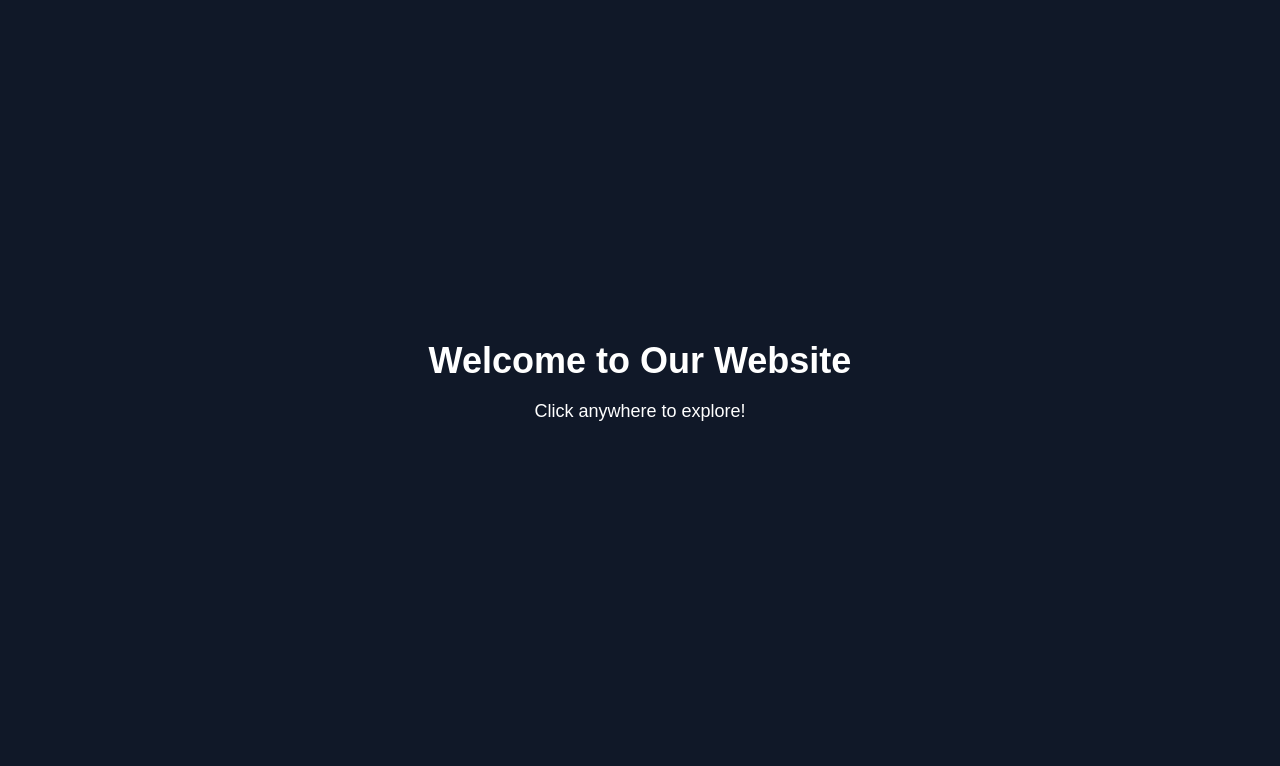
Repository: KenMarzan/OMEGA
Page: / (app in hub/frontend/)
The author's editor kept a copy of each file at every save. The page is drawn from the files as they stood at one save, then again after the next save.
The browser window is 1280 px wide. The pictures show the whole page.
The project was rebuilt for these pictures with package versions that can differ from the ones it lists, and the page was loaded fresh each time. The framework's server and built-in components were replaced by stand-ins that run in the browser. Also part of the build but not shown: hub/frontend/next.config.ts.

Above is the page before, as saved 2025-06-10 13:32:56.

### hub/frontend/src/app/page.tsx
"use client";

import React, { useState } from "react";

export default function MainPage(): React.JSX.Element {
  const [showOverlay, setShowOverlay] = useState<boolean>(true);
  const [fadeOut, setFadeOut] = useState<boolean>(false);

  const handleOverlayClick = (): void => {
    setFadeOut(true);
    setTimeout(() => {
      setShowOverlay(false);
    }, 1000);
  };

  return (
    <div className="relative min-h-screen">
      {/* Overlay */}
      {showOverlay && (
        <div
          className={`absolute inset-0 bg-gray-900 text-white flex items-center justify-center z-50 transition-opacity duration-1000 ${
            fadeOut ? "opacity-0" : "opacity-100"
          }`}
          onClick={handleOverlayClick}
        >
          <div className="text-center">
            <h1 className="text-4xl font-bold mb-4">Welcome to Our Website</h1>
            <p className="text-lg">Click anywhere to explore!</p>
          </div>
        </div>
      )}

      {/* Main Website */}
      <nav
        className={`flex justify-between items-center p-4 bg-gray-800 text-white ${
          showOverlay ? "pointer-events-none" : ""
        }`}
      >
        <div className="logo">
          <h1 className="text-xl font-bold">Website Logo</h1>
        </div>
        <div className="clickables flex gap-4">
          <button>Customer Page</button>
          <button>Vendor Page</button>
          <button>Farmer Page</button>
          <button>About Us</button>
        </div>
        <div className="searchbar">
          <input
            type="text"
            placeholder="Search..."
            className="p-2 rounded border"
          />
        </div>
        <div className="dropdown-options flex gap-4">
          <button>Category</button>
          <button>Sign In</button>
          <button>Help</button>
        </div>
      </nav>

      <div className="content mt-8">
        {/* Slide Screen Section */}
        <div className="slidescreen flex flex-col gap-8">
          {/* Component: Slide Screen about harvested products */}
          <div className="slide-screen bg-green-100 p-4 rounded shadow">
            <h2 className="text-2xl font-bold mb-2">Harvested Products</h2>
            <p className="text-lg">Explore the variety of products harvested by farmers.</p>
          </div>

          {/* Component: Slide Screen about market prices and SRP */}
          <div className="slide-screen bg-blue-100 p-4 rounded shadow">
            <h2 className="text-2xl font-bold mb-2">Market Prices and SRP</h2>
            <p className="text-lg">Stay updated with the latest market prices and suggested retail prices.</p>
          </div>
        </div>

        {/* Component: Weather Report */}
        <div className="weather-report bg-yellow-100 p-4 rounded shadow mt-8">
          <h2 className="text-2xl font-bold mb-2">Weather Report</h2>
          <p className="text-lg">Get the latest weather updates to plan your farming activities.</p>
        </div>

        {/* Component: Why Be a Farmer */}
        <div className="why-be-a-farmer bg-orange-100 p-4 rounded shadow mt-8">
          <h2 className="text-2xl font-bold mb-2">Why Be a Farmer?</h2>
          <p className="text-lg">Discover the benefits of being a farmer and explore our course on how to start.</p>
          <a
            href="/course"
            className="text-blue-500 underline mt-2 inline-block"
          >
            Learn More
          </a>
        </div>

        {/* Component: Reviews About Us */}
        <div className="reviews bg-gray-100 p-4 rounded shadow mt-8">
          <h2 className="text-2xl font-bold mb-2">Reviews About Us</h2>
          <p className="text-lg">See what others are saying about our platform and services.</p>
        </div>
      </div>
    </div>
  );
}

### hub/frontend/src/app/globals.css
@import "tailwindcss";

:root {
  --background: #ffffff;
  --foreground: #171717;
}

@theme inline {
  --color-background: var(--background);
  --color-foreground: var(--foreground);
  --font-sans: var(--font-geist-sans);
  --font-mono: var(--font-geist-mono);
}

@media (prefers-color-scheme: dark) {
  :root {
    --background: #0a0a0a;
    --foreground: #ededed;
  }
}

body {
  background: var(--background);
  color: var(--foreground);
  font-family: Arial, Helvetica, sans-serif;
}

.transition-opacity {
  transition: opacity 1s ease-in-out;
}

.opacity-0 {
  opacity: 0;
}

.opacity-100 {
  opacity: 1;
}

Loaded but not shown: hub/frontend/src/app/layout.tsx (common file)

After the next save:
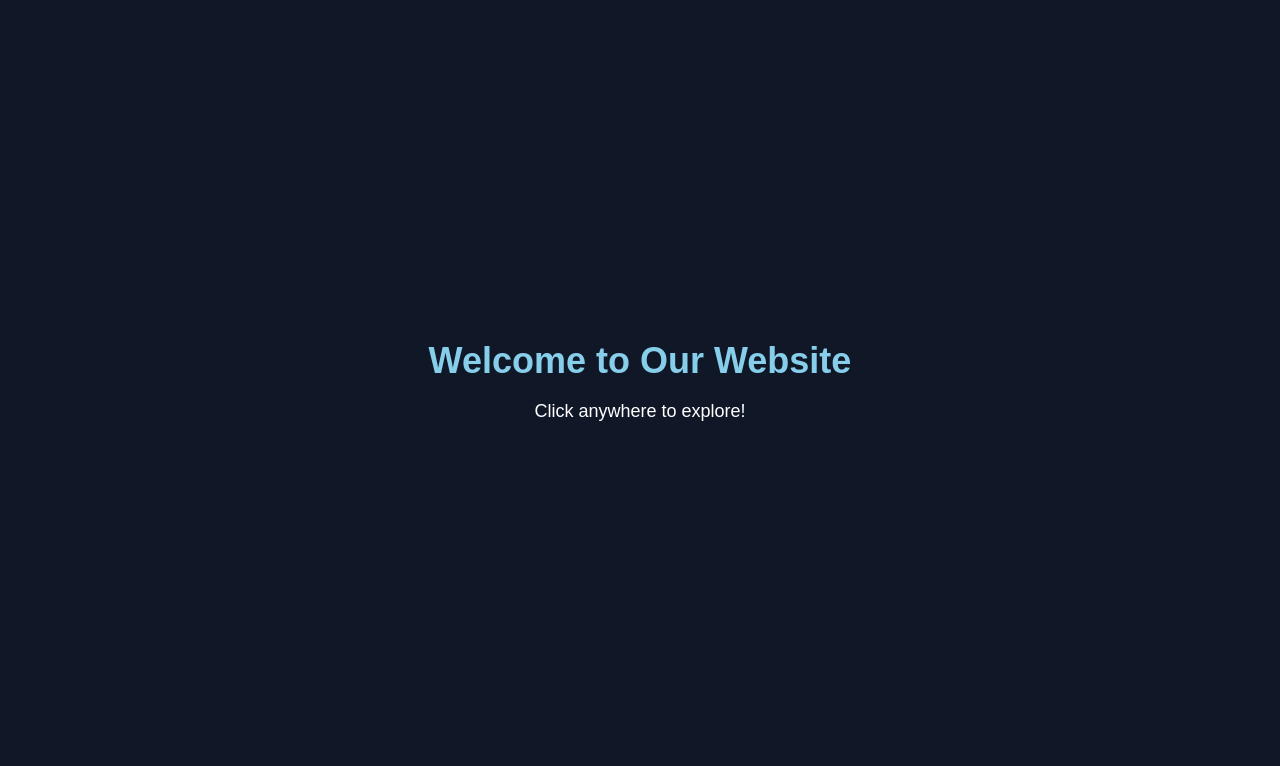
Saved 46 s later.
--- a/hub/frontend/src/app/globals.css
+++ b/hub/frontend/src/app/globals.css
@@ -3,6 +3,15 @@
 :root {
   --background: #ffffff;
   --foreground: #171717;
+
+  --color-earth-brown: #8B4513;
+  --color-fresh-green: #228B22;
+  --color-golden-yellow: #FFD700;
+  --color-sky-blue: #87CEEB;
+  --color-rust-red: #B22222;
+  --color-cream-white: #FFFDD0;
+  --color-dark-green: #006400;
+  --color-soft-beige: #F5F5DC;
 }
 
 @theme inline {
@@ -23,6 +32,37 @@ body {
   background: var(--background);
   color: var(--foreground);
   font-family: Arial, Helvetica, sans-serif;
+
+  background-color: var(--color-soft-beige);
+  color: var(--color-earth-brown);
+  font-family: Arial, sans-serif;
+}
+
+.navbar {
+  background-color: var(--color-fresh-green);
+  color: var(--color-cream-white);
+}
+
+.button {
+  background-color: var(--color-golden-yellow);
+  color: var(--color-earth-brown);
+  border: 2px solid var(--color-earth-brown);
+  padding: 10px 20px;
+  border-radius: 5px;
+}
+
+.button:hover {
+  background-color: var(--color-rust-red);
+  color: var(--color-cream-white);
+}
+
+.footer {
+  background-color: var(--color-dark-green);
+  color: var(--color-cream-white);
+}
+
+h1, h2, h3 {
+  color: var(--color-sky-blue);
 }
 
 .transition-opacity {
